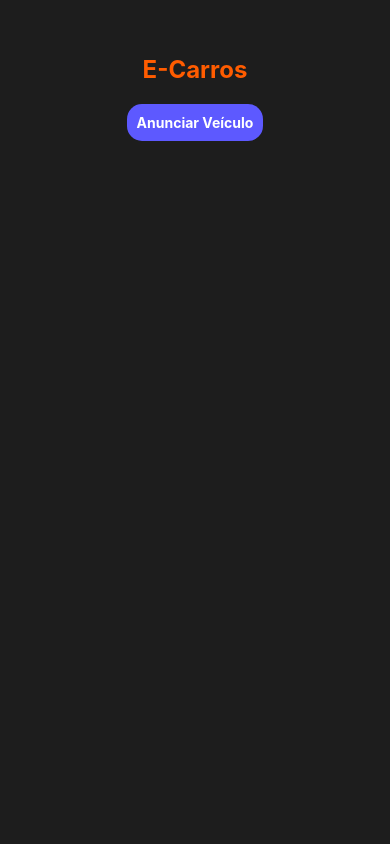
Repository: Matheus904-12/OpenAI---1
Screen: / (app in E-CARROS/)
The author's editor kept a copy of each file at every save. The screen is drawn from the files as they stood at one save, then again after a run of saves.
The app was drawn by React Native's web renderer in a window 390 px wide. The project was rebuilt for these pictures with package versions that can differ from the ones it lists, and the page was loaded fresh each time.

Above is the screen before, as saved 2024-04-24 20:37:49.

After the next 2 saves:
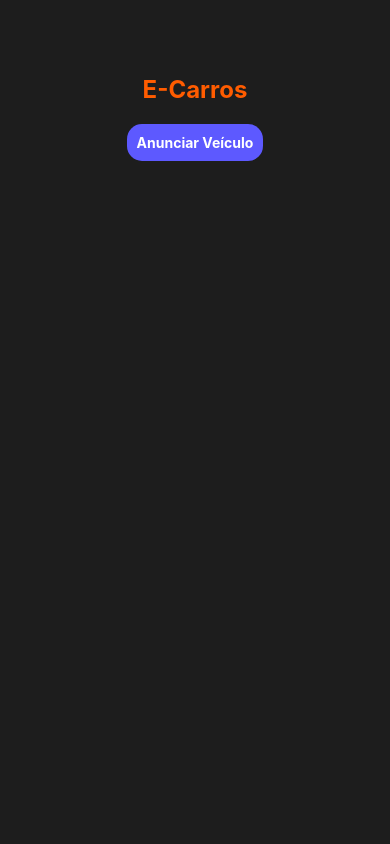
The 2 saves are shown as one change because they came seconds apart.
The last was saved 7 s later.
--- a/E-CARROS/App.tsx
+++ b/E-CARROS/App.tsx
@@ -172,7 +172,7 @@ const styles = StyleSheet.create({
     fontWeight: 'bold',
     marginBottom: 20,
     color: '#FF5C00',
-    paddingTop: 15,
+    paddingTop: 35,
   },
   addButton: {
     backgroundColor: '#5D59FF',
